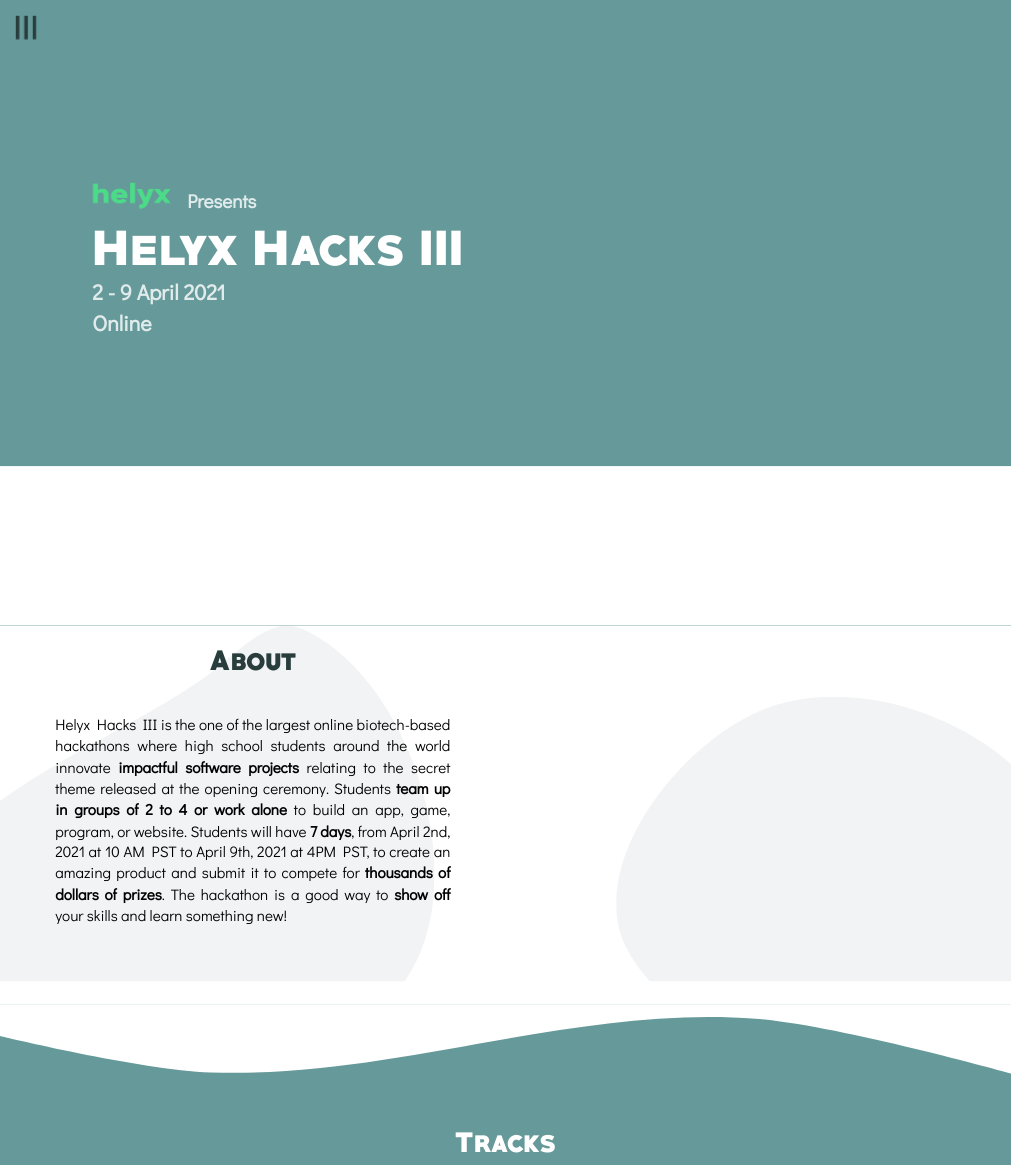
Repository: yashg4509/helyxhacksIII
Page: index.html
These files come from the project's save history. The page is drawn as it stood at one moment and after the next save; the edit follows.
The browser window is 1280 px wide. The pictures show the part of the page from y = 0 to 1475 px (the page is 9750 px tall before and 9116 px after), at 79% of full size.
A picture or video elsewhere on the page could not be fetched, so the positions and the page height are approximate.

Above is the page before, as saved 2021-02-17 22:51:39.

After the next save:
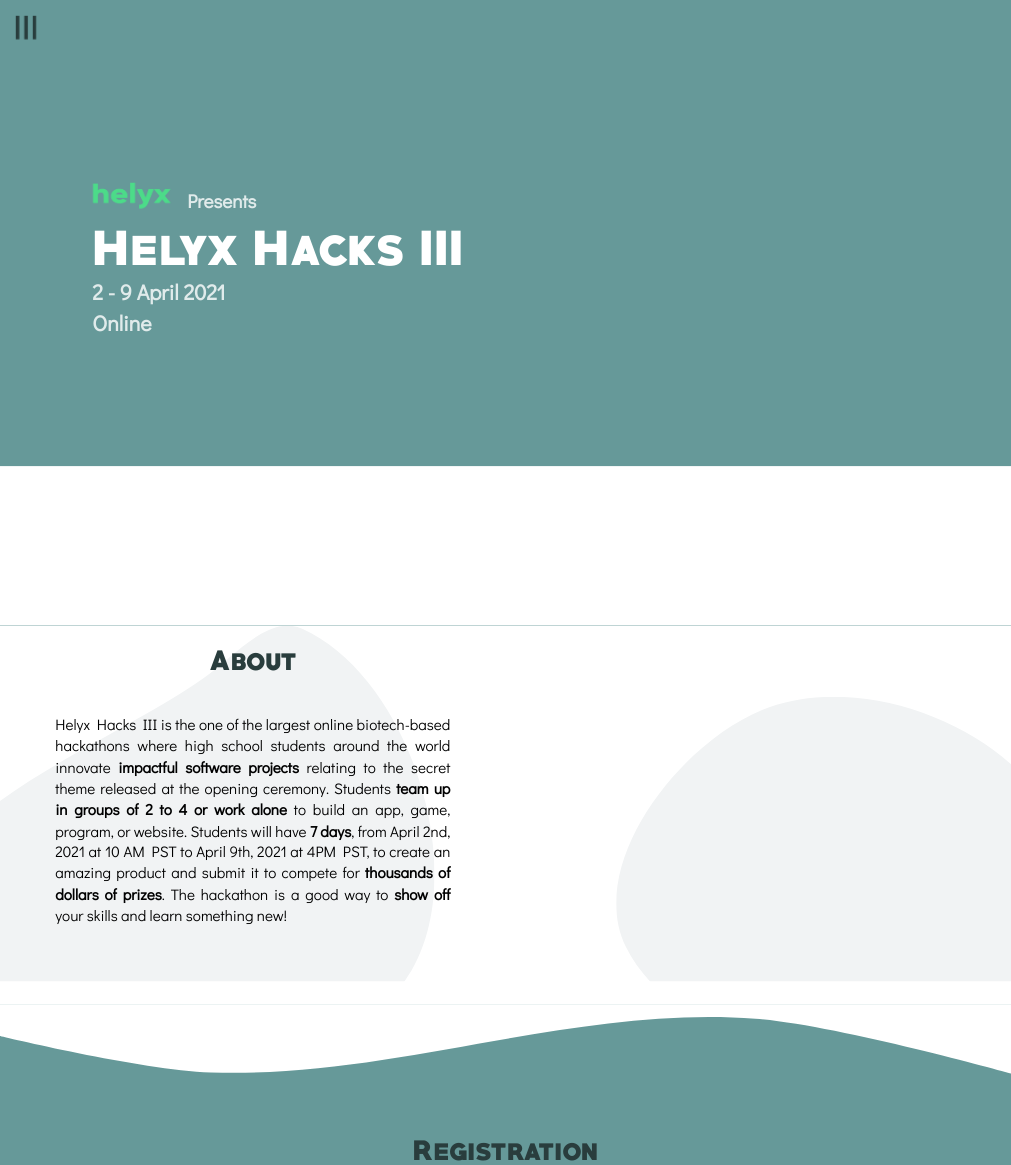
Saved 102 s later.
--- a/index.html
+++ b/index.html
@@ -114,79 +114,6 @@
 		<div class="frame frame3">
 			<img src="./images/back-4.svg" class="img-back">
 			<img src="./images/back-5.svg" class="img-back-bottom">
-			<div class="frame5-content">
-				<div class="name"> Tracks </div>
-				<div class="track-icons">
-					<div class="a-track">
-						<div class="colorless">
-							<img src="./images/Tracks/blockchain.svg">
-						</div>
-						<div class="colorful">
-							<img src="./images/Tracks/blockchain-color.svg">
-						</div>
-						<div class="track-name">
-							Blockchain
-						</div>
-					</div>
-					<div class="a-track">
-						<div class="colorless">
-							<img src="./images/Tracks/iot.svg">
-						</div>
-						<div class="colorful">
-							<img src="./images/Tracks/iot-color.svg">
-						</div>
-						<div class="track-name">
-							IoT
-						</div>
-					</div>
-					<div class="a-track">
-						<div class="colorless">
-							<img src="./images/Tracks/ai.svg">
-						</div>
-						<div class="colorful">
-							<img src="./images/Tracks/ai-color.svg">
-						</div>
-
-						<div class="track-name">
-							AI
-						</div>
-					</div>
-					<div class="a-track">
-						<div class="colorless">
-							<img src="./images/Tracks/webapp.svg">
-						</div>
-						<div class="colorful">
-							<img src="./images/Tracks/webapp-color.svg">
-						</div>
-						<div class="track-name">
-							Web&nbsp;/&nbsp;App
-						</div>
-					</div>
-					<div class="a-track">
-						<div class="colorless">
-							<img src="./images/Tracks/vr.svg">
-						</div>
-						<div class="colorful">
-							<img src="./images/Tracks/vr-color.svg">
-						</div>
-						<div class="track-name">
-							AR&nbsp;/&nbsp;VR
-						</div>
-					</div>
-					<div class="a-track">
-						<div class="colorless">
-							<img src="./images/Tracks/general.svg">
-						</div>
-						<div class="colorful">
-							<img src="./images/Tracks/general-color.svg">
-						</div>
-						<div class="track-name">
-							General
-						</div>
-					</div>
-				</div>
-			</div>
-		</div>
 		<div class="frame frame6">
 			<img src="./images/back-6.svg" class="img-back-left">
 			<img src="./images/back-7.svg" class="img-back-right">
